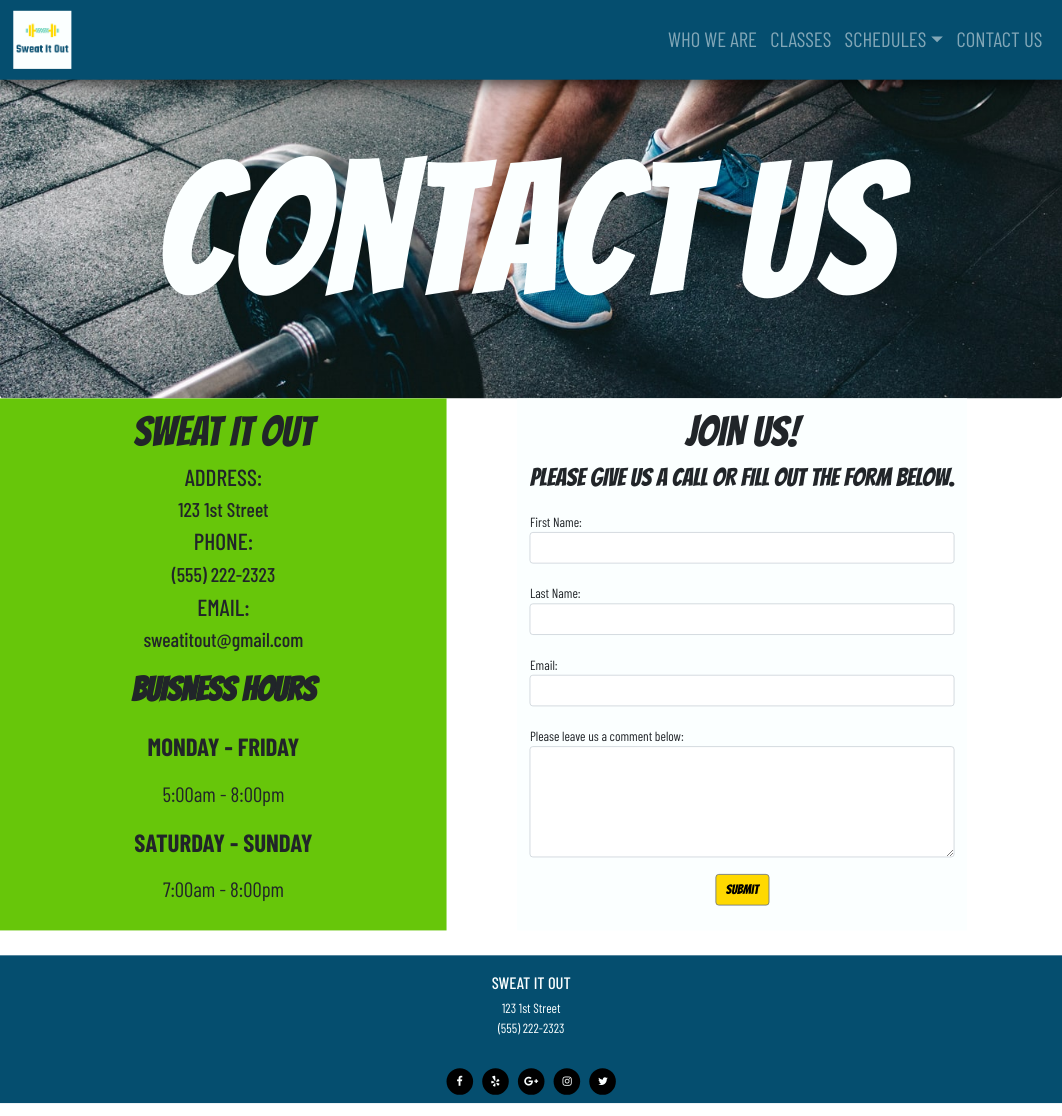
Repository: amybru/sweatitout
Page: contact.html
The author's editor kept a record of every edit. The page is drawn from the files as they stood at one moment, then again after the next edit.
The browser window is 1280 px wide. The pictures show the whole page, at 83% of full size.
Some web fonts or font styles are not loaded; a fallback is used. Some web libraries are served in a nearby version.

Above is the page before.

### contact.html
<!DOCTYPE html>
<html lang="en">
   <head>
      <meta charset="utf-8">
      <meta name="viewport" content="width=device-width, initial-scale=1.0">
      <link rel="stylesheet" href="https://maxcdn.bootstrapcdn.com/bootstrap/4.2.1/css/bootstrap.min.css" type="text/css" />
      <link rel="stylesheet" href="https://maxcdn.bootstrapcdn.com/font-awesome/4.7.0/css/font-awesome.min.css" type="text/css" />
      <link href="https://fonts.googleapis.com/css?family=Bangers|Barlow+Condensed:200,300,400,500,700&display=swap" rel="stylesheet">
      <link rel="stylesheet" type="text/css" href="css/style.css">
      <title>Gym</title>
   </head>
   <body>

      <!--Navbar-->
      <header>
         <nav class="navbar navbar-expand-lg navbar-dark bg-default fixed-top">
            <a class="navbar-brand" href="index.html">
            <img src="./img/logo.png" width="70" height="70" alt="logo">
            </a>
            <button class="navbar-toggler" type="button" data-toggle="collapse" data-target="#navbarNavDropdown" aria-controls="navbarNavDropdown" aria-expanded="false" aria-label="Toggle navigation">
            <span class="navbar-toggler-icon"></span>
            </button>
            <div class="collapse navbar-collapse" id="navbarNavDropdown">
               <ul class="navbar-nav ml-auto">
                  <li class="nav-item">
                     <a class="nav-link uppercase" href="about.html">Who We Are</a>
                  </li>
                  <li class="nav-item">
                     <a class="nav-link uppercase" href="classes.html">Classes</a>
                  </li>
                  <li class="nav-item dropdown d-none d-lg-block">
                     <a class="nav-link dropdown-toggle uppercase" href="#" id="navbarDropdownMenuLink" role="button" data-toggle="dropdown" aria-haspopup="true" aria-expanded="false">Schedules</a>
                     <div class="dropdown-menu" aria-labelledby="navbarDropdownMenuLink">
                        <a class="dropdown-item uppercase" href="./img/2018schedule.pdf" target="_blank">2018 Schedule</a>
                        <a class="dropdown-item uppercase" href="./img/2019schedule.pdf" target="_blank">2019 Schedule</a>
                        <a class="dropdown-item uppercase" href="./img/2019schedule.pdf" target="_blank">2020 Schedule</a>
                     </div>
                  </li>
                  <li class="nav-item">
                     <a class="nav-link uppercase" href="contact.html">Contact Us</a>
                  </li>
               </ul>
            </div>
         </nav>
      </header>

      <!--Jumbotron contact us page-->
      <section class="jumbotron" id="contact-view">
         <div class="row">
            <div class="col">
               <section class="callout">
                  <h2 class="gym-name">Contact Us</h2>
               </section>
            </div>
         </div>
      </section>

      <!--Buisness Details-->
      <section class="container-fluid">
         <div class="row">
            <div class="column left col">
               <div class="contact-info-item">
                  <div class="key">
                     <h2 class="uppercase contact-gym-name">
                        SWEAT IT OUT
                     </h2>
                  </div>
               </div>
               <div class="contact-info-item">
                  <div class="key">
                     <h3 class="uppercase">
                        Address:
                     </h3>
                  </div>
                  <div class="value">
                     <h4>
                        123 1st Street
                     </h4>
                  </div>
               </div>
               <div class="contact-info-item">
                  <div class="key">
                     <h3 class="uppercase">
                        Phone:
                     </h3>
                  </div>
                  <div class="value">
                     <h4>
                        (555) 222-2323
                     </h4>
                  </div>
               </div>
               <div class="contact-info-item">
                  <div class="key">
                     <h3 class="uppercase">
                        Email:
                     </h3>
                  </div>
                  <div class="value">
                     <h4>
                        sweatitout@gmail.com
                     </p>
                  </div>
               </div>
               <div class="buisness-info-item">
                  <div class="key">
                     <p class="uppercase contact-gym-hours">
                        Buisness Hours
                     </p>
                  </div>
                  <div class="buisness-info-item">
                     <div class="key">
                        <p class="uppercase">
                           Monday - Friday
                        </p>
                     </div>
                     <div class="value">
                        <p>
                           5:00am - 8:00pm
                        </p>
                     </div>
                  </div>
                  <div class="buisness-info-item">
                     <div class="key">
                        <p class="uppercase">
                           Saturday - Sunday
                        </p>
                     </div>
                     <div class="value">
                        <p>
                           7:00am - 8:00pm
                        </p>
                     </div>
                  </div>
               </div>
            </div>

            <!--Contact Form-->
            <div class="row contact-form">
               <div class="column right col">
                  <h3 class="contact-heading uppercase text-center">Join Us!</h3>
                  <h5 class="uppercase text-center">Please give us a call or fill out the form below.</h5>
                  <div class="center-form">
                     <form>
                        First Name:<br>
                        <input type="text" name="name" id="firstname" class="form-control" required />
                        <br> Last Name:<br>
                        <input type="text" name="name" id="lastname" class="form-control" required />
                        <br> Email:
                        <br>
                        <input type="email" name="email" id="emailaddress" class="form-control" required />
                        <br> Please leave us a comment below:<br>
                        <textarea rows="5" name="comment" id="comment" class="form-control" required></textarea>
                        <div class="form-row text-center">
                           <div class="col">
                              <button type="submit" class="btn btn-secondary btn-contact">Submit</button>
                           </div>
                        </div>
                     </form>
                  </div>
               </div>
            </div>
         </div>
      </section>

       <!--Footer-->
    <footer class="footer container-fluid" id="footer">
        <div>
            <div id="footer-details">
                <h5 class="footer-name uppercase">SWEAT IT OUT</h5>
                <p class="block">123 1st Street<br> (555) 222-2323</p>
            </div>
            <div class="footer-social">
                <ul class="list-inline social-links">
                    <li class="list-inline-item">
                        <a target="_blank" href="https://www.facebook.com/">
                     <i class="fa fa-facebook" aria-hidden="true"></i>
                     <span class="sr-only">Facebook</span>
                     </a>
                    </li>
                    <li class="list-inline-item">
                        <a target="_blank" href="https://www.yelp.com/">
                     <i class="fa fa-yelp" aria-hidden="true"></i>
                     <span class="sr-only">Yelp</span>
                     </a>
                    </li>
                    <li class="list-inline-item">
                        <a target="_blank" href="https://www.google.com/">
                     <i class="fa fa-google-plus" aria-hidden="true"></i>
                     <span class="sr-only">Google+</span>
                     </a>
                    </li>
                    <li class="list-inline-item">
                        <a target="_blank" href="https://www.instagram.com/">
                     <i class="fa fa-instagram" aria-hidden="true"></i>
                     <span class="sr-only">Instagram</span>
                     </a>
                    </li>
                    <li class="list-inline-item">
                        <a target="_blank" href="https://twitter.com/?lang=en">
                     <i class="fa fa-twitter" aria-hidden="true"></i>
                     <span class="sr-only">Twitter</span>
                     </a>
                    </li>
                </ul>
            </div>
        </div>
    </footer>
   </body>
   <script src="https://code.jquery.com/jquery-3.3.1.slim.min.js" integrity="sha384-q8i/X+965DzO0rT7abK41JStQIAqVgRVzpbzo5smXKp4YfRvH+8abtTE1Pi6jizo" crossorigin="anonymous"></script>
   <script src="https://cdnjs.cloudflare.com/ajax/libs/popper.js/1.14.7/umd/popper.min.js" integrity="sha384-UO2eT0CpHqdSJQ6hJty5KVphtPhzWj9WO1clHTMGa3JDZwrnQq4sF86dIHNDz0W1" crossorigin="anonymous"></script>
   <script src="https://stackpath.bootstrapcdn.com/bootstrap/4.3.1/js/bootstrap.min.js" integrity="sha384-JjSmVgyd0p3pXB1rRibZUAYoIIy6OrQ6VrjIEaFf/nJGzIxFDsf4x0xIM+B07jRM" crossorigin="anonymous"></script>
</html>

### css/style.css
/* ----------------------------------------General */

body {
    font-family: 'Barlow Condensed', sans-serif;
    font-size: 400;
    margin-top: 80px;
}

h1 {
    font-family: 'Bangers', sans-serif;
}

.card-button {
    display: block;
    max-width: 300px;
    margin: auto;
    font-family: 'Bangers', sans-serif;
    font-weight: bold;
    border-radius: 23px;
    width: 160px;
    margin-top: 20px;
    background-color: #054e6f;
    color: #fbffff;
}

.card-button:hover {
    background-color: #ffd900;
    color: #fbffff;
}

.reviewb {
    background-color: #054e6f;
    color: #fbffff;
    border-radius: 23px;
    font-family: 'Bangers', sans-serif;
}

.reviewb:hover {
    background-color: #67c60a;
    color: #fbffff;
}

.modalbtn {
    color: #054e6f;
    background-color: #ffd900;
    border-color: #f05f40;
    border-radius: 23px;
    font-family: 'Bangers', sans-serif;
}

.landingbutton {
    color: #054e6f;
    background-color: #ffd900;
    border-radius: 23px;
    border-color: #054e6f;
    font-family: 'Bangers', sans-serif;
}

.landingbutton:hover {
    color: #ffd900;
    background-color: #054e6f;
}

.free-button {
    display: block;
    max-width: 500px;
    margin: auto;
    font-family: 'Bangers', sans-serif;
    font-weight: bold;
    border-radius: 23px;
    width: 300px;
    margin-top: 40px;
    background-color: #054e6f;
    color: #fbffff;
}

.free-button:hover {
    background-color: #67c60a;
    color: #fbffff;
}

.btn-contact[type="submit"] {
    margin-top: 20px;
    margin-bottom: 30px;
    color: #000;
    background-color: #ffd900;
    font-family: 'Bangers', sans-serif;
}

.btn-contact:hover {
    color: #ffd900;
    background-color: #000;
}

.uppercase {
    text-transform: uppercase;
}

/* ----------------------------------------Navbar*/

nav {
    background-color: #054e6f;
    position: fixed;
    top: 0;
    left: 0;
    right: 0;
    display: flex;
    box-shadow: 0 0 25px 0 #000;
    z-index: 1;
}


.navbar-brand {
    width: 80px;
    height: 80px;
    transition: transform .2s;
}

.navbar-brand:hover {
    transform: scale(1.25);
}

.navbar-nav li a {
    text-decoration: none;
    color: #fbffff;
    font-size: 25px;
    border-radius: 23px;
    text-align: right;
    transition-property: background-color;
    transition-duration: .5s;
    transition-timing-function: ease-in-out;
}

.navbar-nav li a:hover {
    color: #054e6f;
    background-color: #fbffff;
    border-radius: 23px;
}

.dropdown-menu {
    background-color: #ffd900;
    color: #054e6f;
    position: relative;
}

.dropdown-item {
    background-color: #ffd900;
    color: #054e6f;
    border-radius: 23px;
}

.dropdown-item:hover {
    color: #054e6f;
    background-color: #fbffff;
    transition-property: background-color;
    transition-duration: .5s;
    transition-timing-function: ease-in-out;
}

/* ---------------------------------------Jumbotrons */

.jumbotron {
    height: 22em;
    display: flex;
    justify-content: center;
    text-align: center;
    position: relative;
    margin-bottom: 0;
}

.jumbotron h2 {
     font-family: 'Bangers', sans-serif;
}

#landing-view {
    background-image: url("../img/fit.jpg");
    max-height: 450px;
    background-position: center;
    background-repeat: no-repeat;
    background-size: cover;
    text-align: center;
    font-size: 2vw;
    color: #fbffff;
}

#about-view {
    background-image: url("../img/sweatitoutgym.jpg");
    max-height: 450px;
    background-position: center;
    background-repeat: no-repeat;
    background-size: cover;
    text-align: center;

    font-size: 2.5vw;
    color: #fbffff;
}

#classes-view {
    background-image: url("../img/workout.jpg");
    max-height: 450px;
    background-position: center;
    background-repeat: no-repeat;
    background-size: cover;
    text-align: center;

    font-size: 2.5vw;
    color: #fbffff;
}

#contact-view {
    background-image: url("../img/gymfour.jpg");
    max-height: 400px;
    background-position: center;
    background-repeat: no-repeat;
    background-size: cover;
    text-align: center;

    font-size: 2.5vw;
    color: #fbffff;
}

/* ----------------------------------------Footer */


footer {
    background-color: #054e6f;
    color: #fbffff;
    text-align: center;
     min-height: 130px;
     margin-bottom: 0;
}

.social-links {
    padding-bottom: 10px;
}

.social-links li a i {
    width: 32px;
    height: 32px;
    padding: 12px 0;
    border-radius: 50%;
    font-size: 13px;
    line-height: 7px;
    text-align: center;
    color: #fbffff;
    background: #000;
    transition: all 0.35s ease-in-out;
    -moz-transition: all 0.35s ease-in-out;
    -webkit-transition: all 0.35s ease-in-out;
    -o-transition: all 0.35s ease-in-out;
}

.social-links li a i:hover {
    background-color: #ffd900;
}

#footer-details {
    padding: 20px;
}

.navbar-toggler {
    color: #fbffff;
}

/* ----------------------------------------Home page styles */

.bg-color-about-landing {
    background-color: #fbffff;
    padding-top: 10px;
    margin-top: 10px;
    margin-bottom: 35px;
}

.bg-color-services-landing {
    background-color: #7bd7c2;
    padding: 40px;
}

.about-landing-page h3 {
    font-size: 60px;
    font-family: 'Bangers', sans-serif;
}

.about-landing-page p {
    font-size: 30px;
}

.gym-name {
    font-size: 7em;
}

.card-main {
    margin: 20px 10px;
    transition: transform .2s;
}

.card-main:hover {
    transform: scale(1.25);
}

.card-title {
    font-family: 'Bangers', sans-serif;
}

.review {
     background-color: #ffd900;
     margin: 0;
     padding-top: 15px;
     padding-bottom: 20px;
}

#reviews {
    font-family: 'Bangers', sans-serif;
    font-size: 40px;
}

/* ----------------------------------------About Page styles */

.about-about h4 {
    color: #fbffff;
     font-size: 35px;
}

.about-about p {
    font-size: 35px;
}

.services-page{
    justify-content: center;
}

.about-gallery {
    background-color: #7bd6c2;
    padding: 20px;
    margin: 0;
}

.about-gallery .flex {
    display: flex;
    padding: 30px;
}

.about-gallery h2 {
    margin-bottom: 40px;
    font-family: 'Bangers', sans-serif;
    font-size: 55px;
    padding-top: 20px;
    padding-left: 30px;
}

.about-gallery h3 {
    font-weight: 400;
    width: 100%;
    font-size: 32px;
    font-family: 'Bangers', sans-serif;
    line-height: 1;
}

.about-gallery p {
    font-weight: 400;
    margin-top: 5px;
    font-size: 18px;
    max-width: 600px;
    text-align: justify;
}

.about-gallery .photo {
    width: 208px;
    height: 211px;
    border-radius: 50%;
    position: relative;
    margin-right: 5px;
}

.about-gallery .border {
    border: 5px solid #fbffff;
}

.instructor-details {
    padding-left: 30px;
    padding-right: 100px;
}


.about-skills {
    background-color: #054e6f;
    padding-top: 20px;
    padding-bottom: 20px;
    margin: 0;
}

.about-skills h3 {
    font-family: 'Bangers', sans-serif;
    font-size: 60px;
    text-align: center;
    color: #fff;
}

.about-skills h4 {
    font-family: 'Bangers', sans-serif;
    font-size: 30px;
    color: #ffd900;
}

.about-skills p {
    margin-bottom: 0;
    padding: 0;
    text-align: right;
    color: #fbffff;
}

.about-signup {
    background-color: #ffd900;
    text-align: center;
    padding-top: 50px;
    padding-bottom: 20px;
}

.about-signup h3 {
    font-family: 'Bangers', sans-serif;
    font-size: 55px;
}

.about-signup p {
    font-size: 30px;
}

/* ----------------------------------------Classes page styles*/

.classesavailable {
    background-color: #7bd7c2;
    padding: 0;
    align-items: center;
}

.blurb {
    padding: 20px;
}

.content {
    align-items: center;
    margin: 0;
    padding: 0;
}

.blurb h4 {
    font-size: 2rem;
}

#optionone {
    padding-left: 0;
    background-position: center;
    background-repeat: no-repeat;
    background-size: cover;
    text-align: center;
}

#optiontwo {
    padding-right: 0;
    background-position: center;
    background-repeat: no-repeat;
    background-size: cover;
    text-align: center;
}

#optionthree {
    padding-left: 0;
    background-position: center;
    background-repeat: no-repeat;
    background-size: cover;
    text-align: center;
}

#optionfour {
    padding-right: 0;
    background-position: center;
    background-repeat: no-repeat;
    background-size: cover;
    text-align: center;
}


.row {
    margin-right: 0;
    padding: 0;
}



table {
    border-collapse: collapse;
    border: 2px solid rgb(200, 200, 200);
    letter-spacing: 1px;
    font-size: 0.8rem;
    margin-bottom: 10px;
    margin-top: 30px;
}

.weekday {
    font-family: 'Bangers', sans-serif;
    font-size: 20px;

}

td,
th {
    border: 1px solid rgb(190, 190, 190);
    padding: 10px 20px;
}

th {
    background-color: rgb(235, 235, 235);
}

td {
    text-align: center;
}

@media only screen and (max-width: 1026px) {
  .scheduling  {
    display: none;
  }
}

.schedule-pdf i {
    font-size: 25px;
    color: #ffd900;
    background-color: #054e6f;
    width: 45px;
    height: 45px;
    padding: 20px 0px;
    border-radius: 50%;
    line-height: 6px;
    text-align: center;
    transition: all 0.35s ease-in-out;
    -moz-transition: all 0.35s ease-in-out;
    -webkit-transition: all 0.35s ease-in-out;
    -o-transition: all 0.35s ease-in-out;
}

.schedule-pdf i:hover {
    color: #054e6f;
    background-color: #ffd900;
}

.classesbtn {
    background-color: #054e6f;
    color: #ffd900;
    border-radius: 23px;
    font-family: 'Bangers', sans-serif;
}

.classesbtn:hover {
    background-color: #ffd900;
    color: #054e6f;
}

.general-sub {
    font-family: 'Bangers', sans-serif;
    font-size: 3em;
}

#schedule {
    padding: 15px;
}

#schedule h5 {
    font-family: 'Bangers', sans-serif;
    font-size: 2.5em;
}


/* ----------------------------------------Contact page styles*/
.container-fluid {
    width: 100%;
    /* padding-right: 15px; */
    padding-left: 15px;
    margin-right: auto;
    margin-left: auto;
}

.column {
    float: left;
    margin-top: 0px;
    padding-top: 10px;
    margin-bottom: 30px;
    background-color: #67c60a;
}

.left {
    width: 40%;
    background-color: #67c60a;
    text-align: center;
}

.right {
    width: 60%;
    background-color: #fbffff;
    justify-content: center;
}

.contact-gym-name {
    font-family: 'Bangers', sans-serif;
    font-size: 50px;
}

.contact-info-item .key {
    font-size: 30px;
    font-weight: 600;
}

.contact-info-item .value {
    font-size: 25px;
}


.contact-gym-hours {
    font-family: 'Bangers', sans-serif;
    font-size: 40px;
}

.buisnessinfo {
    background-color: white;
    padding: 15px 0px;
    margin-top: 20px;
    margin-bottom: 10px;
}

.buisness-info-item .key {
    font-size: 30px;
    font-weight: 600;
}

.buisness-info-item .value {
    font-size: 25px
}

.contact-form {
    padding-left: 100px;
    padding-right: 100px;
}

form {
    padding-top: 15px;
}

.contact-form h3 {
    font-family: 'Bangers', sans-serif;
    font-size: 50px;
}

.contact-form h5 {
    font-family: 'Bangers', sans-serif;
    font-size: 30px;
}

.contact-heading {
    font-family: 'Bangers', sans-serif;
    font-size: 50px;
}

After the next edit:
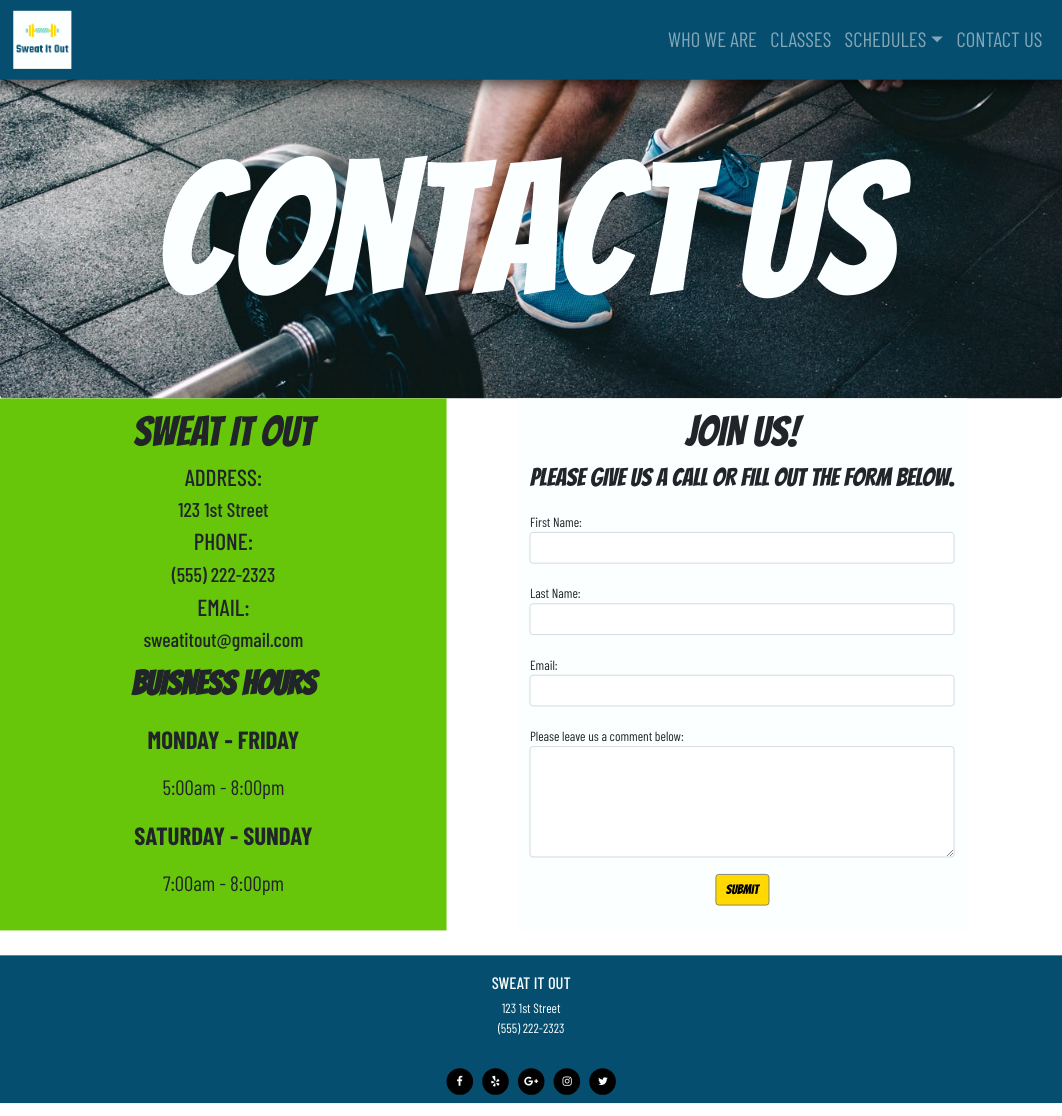
The edit:
--- a/contact.html
+++ b/contact.html
@@ -99,7 +99,7 @@
                   <div class="value">
                      <h4>
                         sweatitout@gmail.com
-                     </p>
+                     </h4>
                   </div>
                </div>
                <div class="buisness-info-item">
